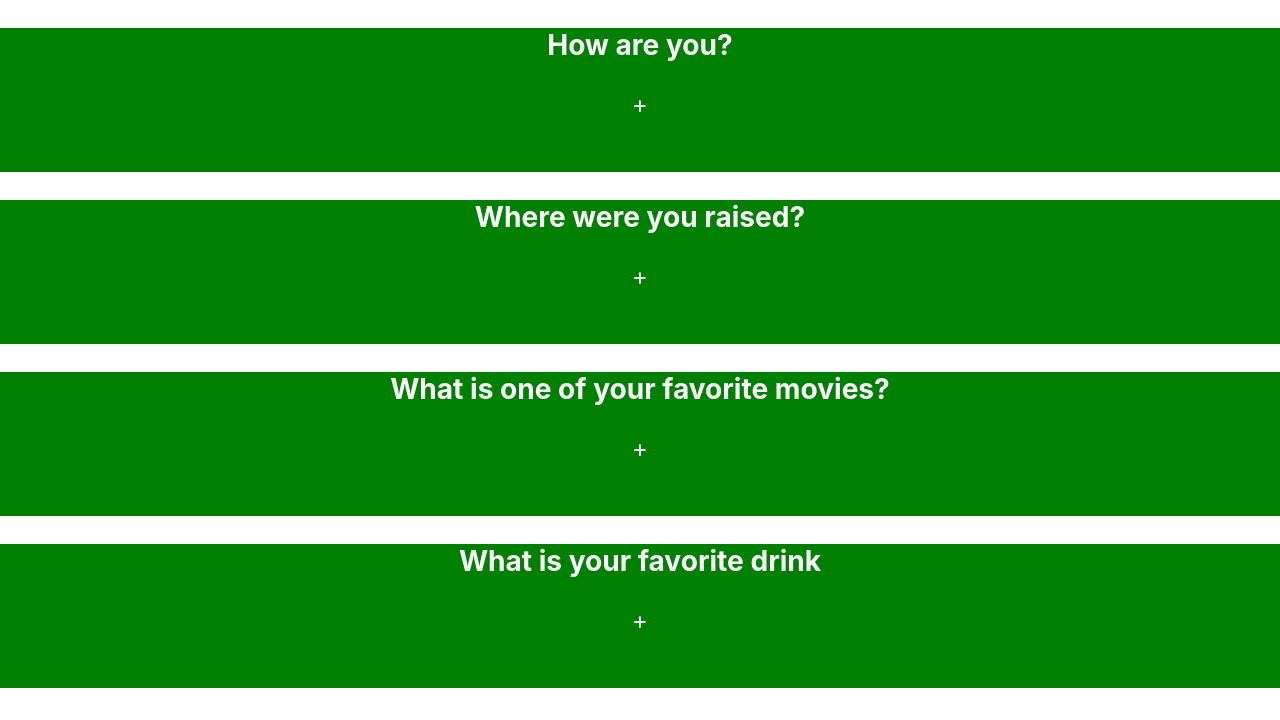
Repository: kosenijr/react-projects
Page: / (app in accordion/)
The author's editor kept a copy of each file at every save. The page is drawn from the files as they stood at one save, then again after the next save.
The browser window is 1280 px wide. The pictures show the whole page.
The project was rebuilt for these pictures with package versions that can differ from the ones it lists, and the page was loaded fresh each time.

Above is the page before, as saved 2024-03-02 22:27:20.

After the next save:
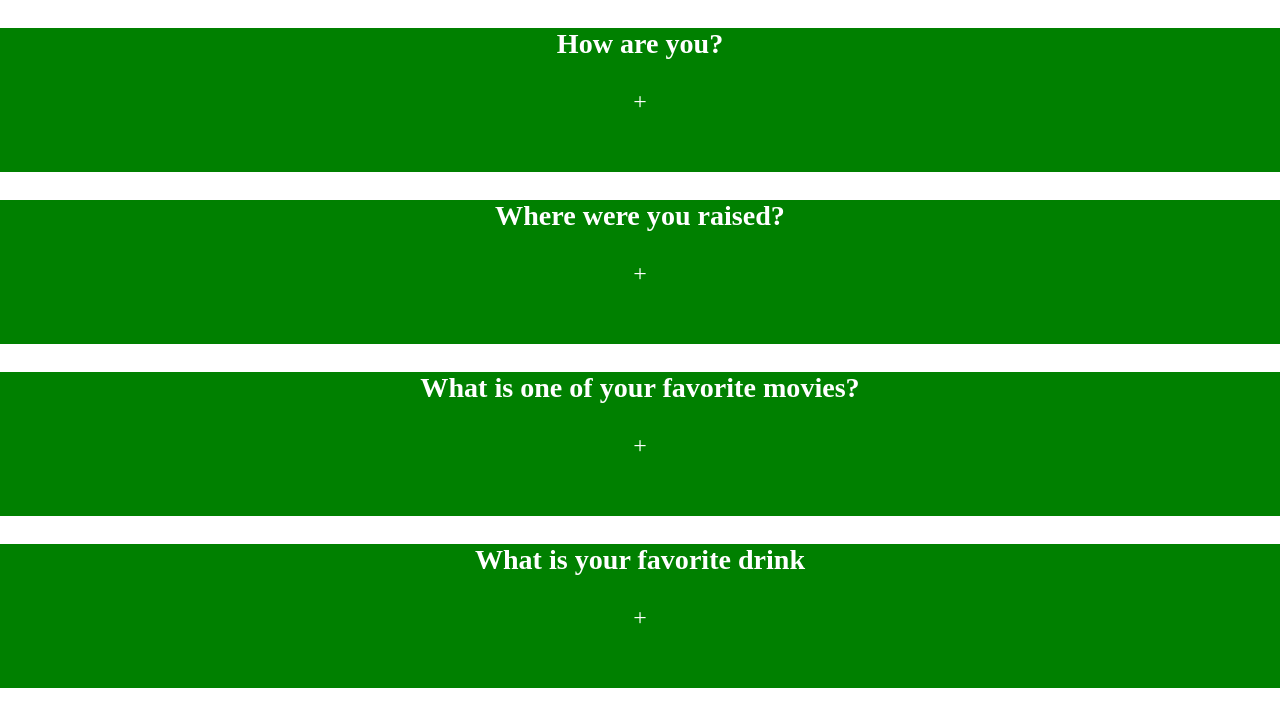
Saved 18 s later.
--- a/accordion/src/styles/Accordion.css
+++ b/accordion/src/styles/Accordion.css
@@ -6,7 +6,7 @@
 
 .item {
   background-color: green;
-  font-size: 1.5em;
+  font: 1.5em Raleway;
   height: 5em;
   padding-bottom: 1em;
 }
